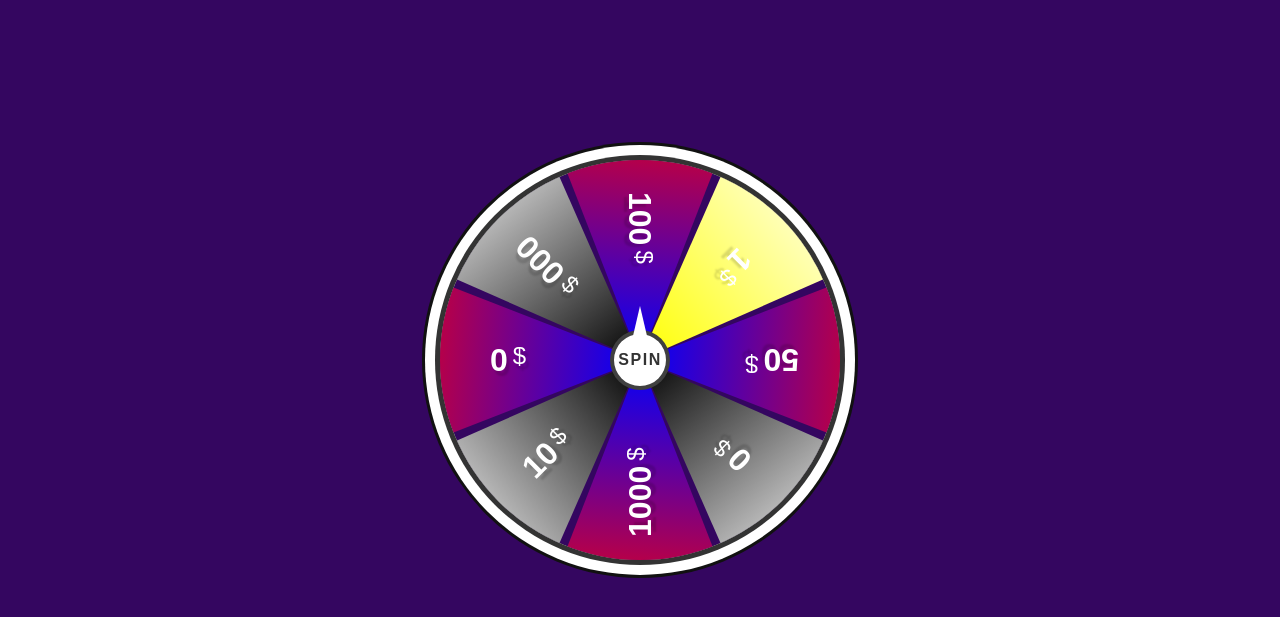
Repository: Jacques-Jaki-Morkel/FundedMarketplace_WheelofFortune
Page: index.html
The author's editor kept a copy of each file at every save. The page is drawn from the files as they stood at one save, then again after the next save.
The browser window is 1280 px wide. The pictures show the whole page.

Above is the page before, as saved 2025-08-14 12:20:16.

After the next save:
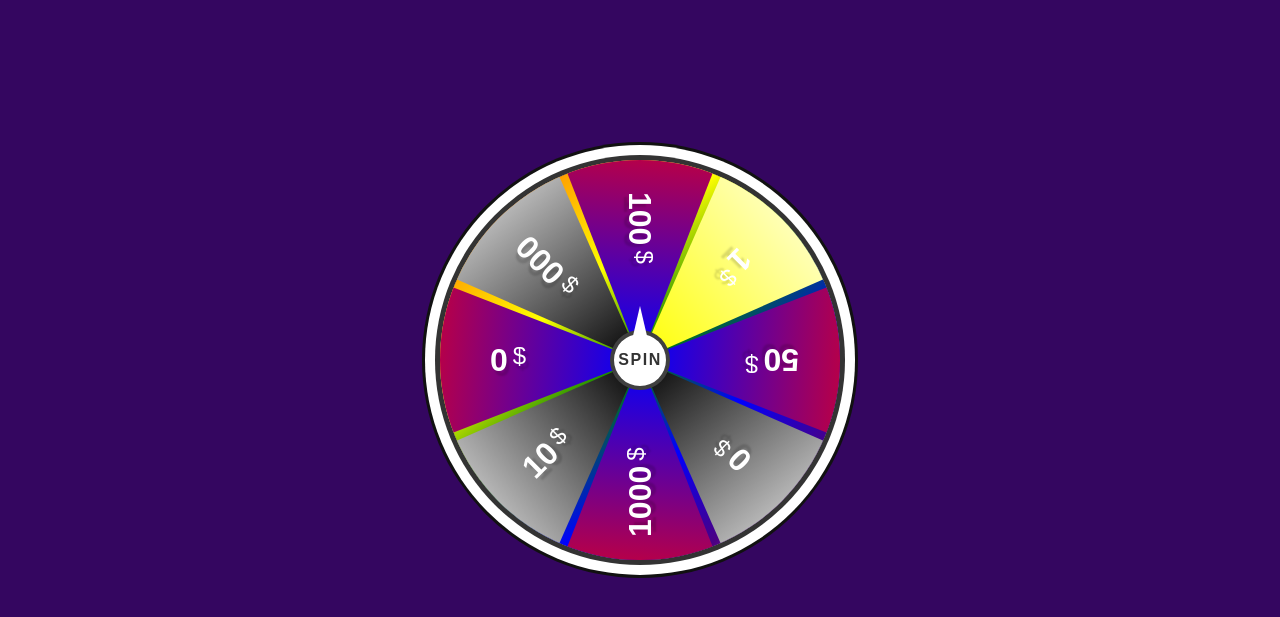
Saved 14 s later.
--- a/styles.css
+++ b/styles.css
@@ -57,10 +57,7 @@
     left: 0;
     width: 100%;
     height: 100%;
-    background: .my-box {
   background: linear-gradient(140deg, red, orange, yellow, green, blue, indigo, violet);
-}
-;
     border-radius: 50%;
     overflow: hidden;
     box-shadow: 0 0 0 5px #333,

After the save that followed:
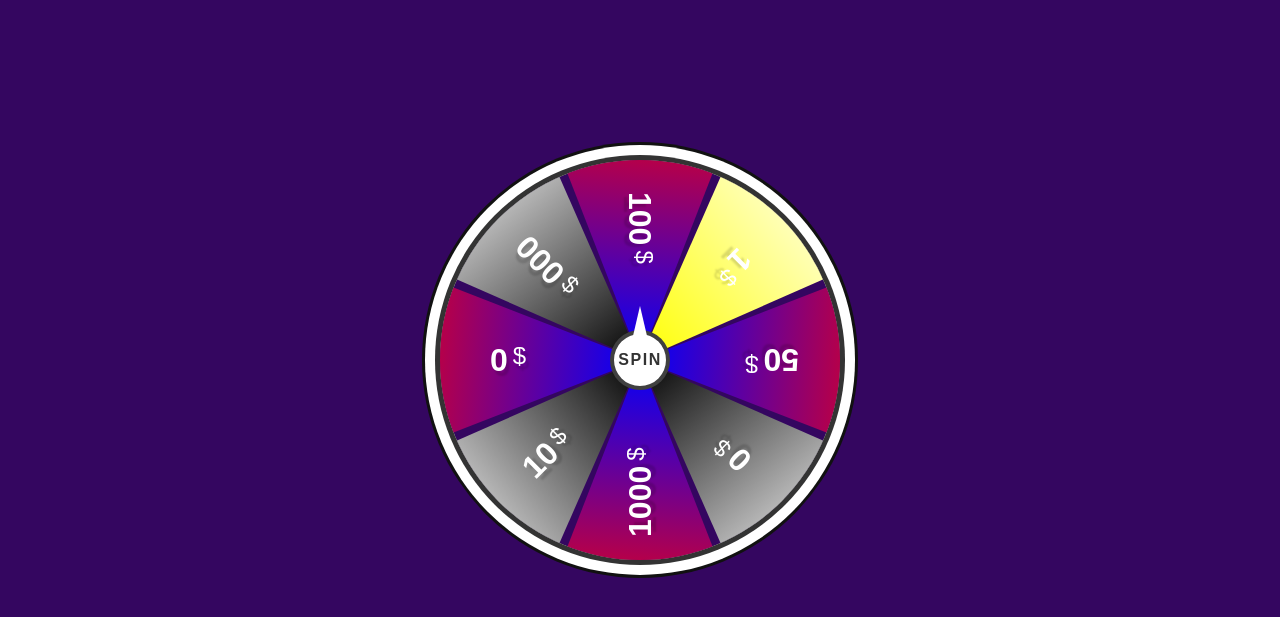
Saved 14 s later.
--- a/styles.css
+++ b/styles.css
@@ -57,7 +57,7 @@
     left: 0;
     width: 100%;
     height: 100%;
-  background: linear-gradient(140deg, red, orange, yellow, green, blue, indigo, violet);
+  background: linear-gradient(, red, orange, yellow, green, blue, indigo, violet);
     border-radius: 50%;
     overflow: hidden;
     box-shadow: 0 0 0 5px #333,
